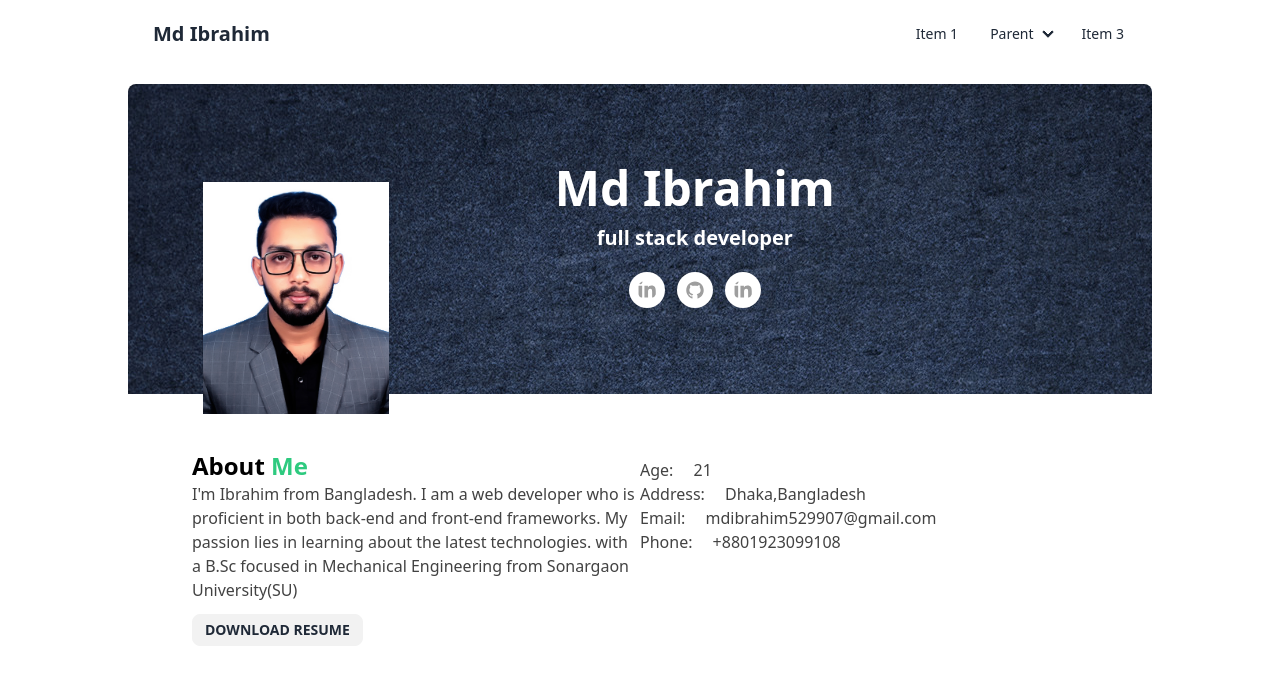
Repository: mdrubel02/portfilo
Page: /
The author's editor kept a copy of each file at every save. The page is drawn from the files as they stood at one save, then again after the next save.
The browser window is 1280 px wide. The pictures show the whole page.
The project was rebuilt for these pictures with package versions that can differ from the ones it lists, and the page was loaded fresh each time. Also part of the build but not shown: vite.config.js.

Above is the page before, as saved 2023-06-25 17:16:41.

### src/main.jsx
import React from 'react'
import ReactDOM from 'react-dom/client'
import './index.css'
import { RouterProvider } from 'react-router-dom'
import router from './Layout/routes'



ReactDOM.createRoot(document.getElementById('root')).render(
  <React.StrictMode>
    <div className='max-w-screen-lg mx-auto'>
      <RouterProvider router={router} />
    </div>
  </React.StrictMode>,
)

### src/index.css
@import url("https://fonts.googleapis.com/css2?family=Poppins&display=swap");

@tailwind base;
@tailwind components;
@tailwind utilities;

### src/Layout/routes.jsx
import { createBrowserRouter } from "react-router-dom";
import Main from "./Main";
import Home from "../Pages/Home/Home";


const router = createBrowserRouter([
  {
    path: "/",
    element: <Main />,
    children: [
      { path: '/', element: <Home /> },
      { path: '/home', element: <Home /> }
    ]
  }
]);

export default router;

### src/Layout/Main.jsx
import React from 'react';
import Navbar from '../Shared/Navbar/Navbar';
import { Outlet } from 'react-router-dom';

const Main = () => {
    return (
        <div className=''>
            <Navbar />
            <Outlet />
        </div>
    );
};

export default Main;

### src/Pages/Home/Home.jsx
import React from 'react';
import profile from '../../assets/nayeem.jpg'
import banner from '../../assets/background-image.jpg'
import { FaLinkedinIn } from 'react-icons/fa';
import { AiFillGithub } from 'react-icons/ai';
import Me from './me';


const Home = () => {
    const user = ['#9e9e9e']
    return (
        <div className='mt-3 '>
            <div
                style={{ backgroundImage: `url(${banner})` }}
                className='lg:h-[310px] max-[600px]:h-[500px] relative rounded-t-lg'>
                <div className='lg:flex mt-4'>
                    <div className='lg:w-5/12 flex justify-center items-center '>
                        <img className=' lg:h-3/4 max-[600px]:h-60 lg:absolute lg:bottom-[-20px] lg:left-[75px] mt-9 ' src={profile} alt="profile" />
                    </div>
                    <div className='lg:w-1/2 flex lg:justify-start  items-center max-[600px]:justify-center max-[600px]:mt-[-20px]'>
                        <div className='mt-20 w-auto'>
                            <h3 className='text-5xl text-white font-extrabold font-sans tracking-normal'>Md Ibrahim</h3>
                            <p className='text-center mt-3 text-xl text-white font-bold font-poppins'>full stack developer</p>
                            <div className='mt-5 flex justify-center items-center'>
                                <span className='' ><FaLinkedinIn className='text-[#9e9e9e]  bg-white h-9 w-9 rounded-[50%] p-2 text-1xl cursor-pointer' /></span>
                                <span className='' ><AiFillGithub className='text-[#9e9e9e]  bg-white h-9 w-9 rounded-[50%] p-2 text-1xl cursor-pointer ms-3' /></span>
                                <span className='' ><FaLinkedinIn className='text-[#9e9e9e]  bg-white h-9 w-9 rounded-[50%] p-2 text-1xl cursor-pointer ms-3' /></span>
                            </div>
                        </div>
                    </div>
                </div>
            </div>
            <div className='bg-white'>
                <Me />
            </div>
        </div>
    );
};

export default Home;

### src/Shared/Navbar/Navbar.jsx
import React from 'react';

const Navbar = () => {
    return (
        <div className="navbar bg-base-100 ">
            <div className="navbar-start">
            <div className="dropdown ">
                    <label tabIndex={0} className="btn btn-ghost lg:hidden">
                        <svg xmlns="http://www.w3.org/2000/svg" className="h-5 w-5" fill="none" viewBox="0 0 24 24" stroke="currentColor"><path strokeLinecap="round" strokeLinejoin="round" strokeWidth="2" d="M4 6h16M4 12h8m-8 6h16" /></svg>
                    </label>
                    <ul tabIndex={0} className="menu menu-sm dropdown-content mt-3 z-[1] p-2 shadow bg-base-100 rounded-box w-52">
                        <li><a>Item 1</a></li>
                        <li>
                            <a>Parent</a>
                            <ul className="p-2">
                                <li><a>Submenu 1</a></li>
                                <li><a>Submenu 2</a></li>
                            </ul>
                        </li>
                        <li><a>Item 3</a></li>
                    </ul>
                </div>
                <a className="btn btn-ghost normal-case text-xl">Md Ibrahim</a>
            </div>
            <div className="navbar-end hidden lg:flex">
                <ul className="menu menu-horizontal px-1">
                    <li><a>Item 1</a></li>
                    <li tabIndex={0}>
                        <details>
                            <summary>Parent</summary>
                            <ul className="p-2">
                                <li><a>Submenu 1</a></li>
                                <li><a>Submenu 2</a></li>
                            </ul>
                        </details>
                    </li>
                    <li><a>Item 3</a></li>
                </ul>
            </div>


        </div>
    );
};

export default Navbar;

### src/Pages/Home/me.jsx
import React from 'react';

const me = () => {
    return (
        <section className='max-w-4xl mx-auto'>
            <div className='flex flex-col md:flex-row'>
                <div className='md:w-3/6 mt-14 max-[600px]:ms-5'>
                    <h2 className='text-2xl font-bold font-poppins text-black'>About <span className='text-[#2eca7f]'>Me</span></h2>
                    <p className='text-[#424242] mb-3'>I'm Ibrahim from Bangladesh. I am a web developer who is proficient in both back-end and front-end frameworks. My passion lies in learning about the latest technologies. with a B.Sc focused in Mechanical Engineering from Sonargaon University(SU)</p>
                    <button className='btn btn-sm mb-3'>Download resume</button>

                </div>
                <div className="divider border-gray-300 border-[1px] lg:hidden"></div>
                <div className='md:w-3/6 lg:mt-16 max-[600px]:ms-5'>
                    <div>
                        <h4 className='text-[#424242] '>Age: <span className='ms-4'>21</span></h4>
                        <h4 className='text-[#424242] '>Address: <span className='ms-4'>Dhaka,Bangladesh</span></h4>
                        <h4 className='text-[#424242] '>Email: <span className='ms-4'>mdibrahim529907@gmail.com</span></h4>
                        <h4 className='text-[#424242] '>Phone: <span className='ms-4'>+8801923099108</span></h4>
                    </div>
                </div>
            </div>
        </section>
    );
};

export default me;

Loaded but not shown: index.html (common file); tailwind.config.js (common file)

After the next save:
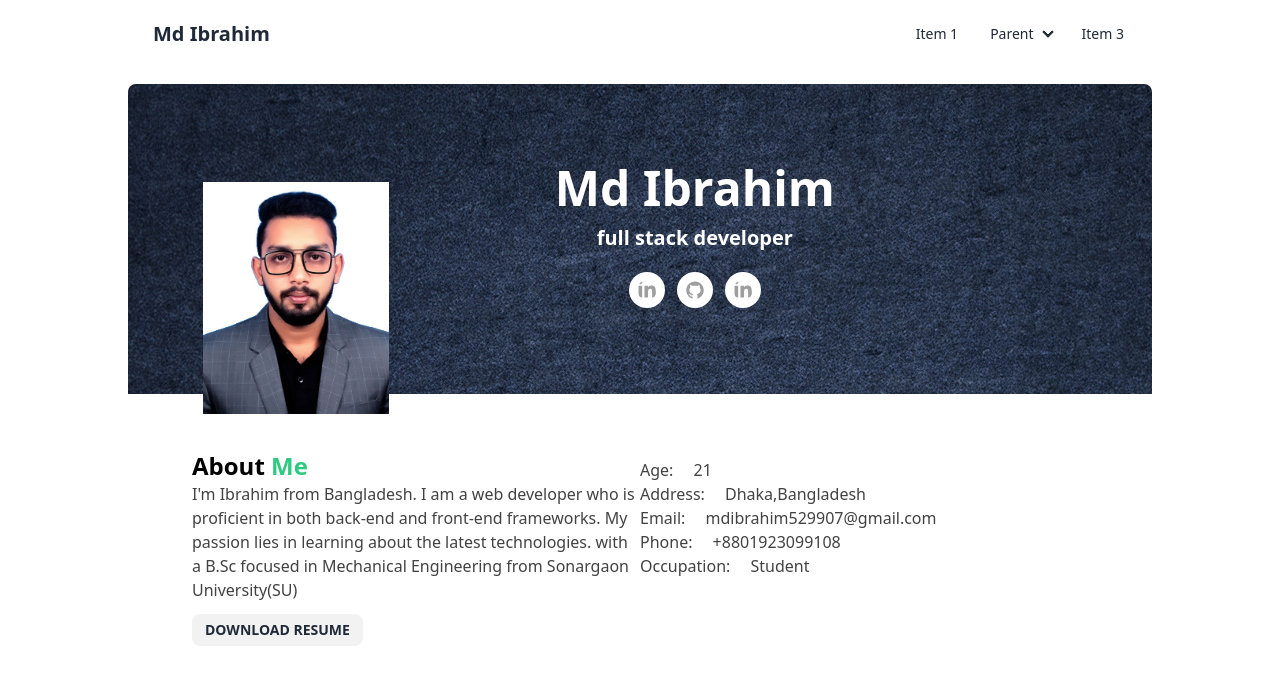
Saved 93 s later.
--- a/src/Pages/Home/me.jsx
+++ b/src/Pages/Home/me.jsx
@@ -17,6 +17,7 @@ const me = () => {
                         <h4 className='text-[#424242] '>Address: <span className='ms-4'>Dhaka,Bangladesh</span></h4>
                         <h4 className='text-[#424242] '>Email: <span className='ms-4'>mdibrahim529907@gmail.com</span></h4>
                         <h4 className='text-[#424242] '>Phone: <span className='ms-4'>+8801923099108</span></h4>
+                        <h4 className='text-[#424242] '>Occupation: <span className='ms-4'>Student</span></h4>
                     </div>
                 </div>
             </div>
